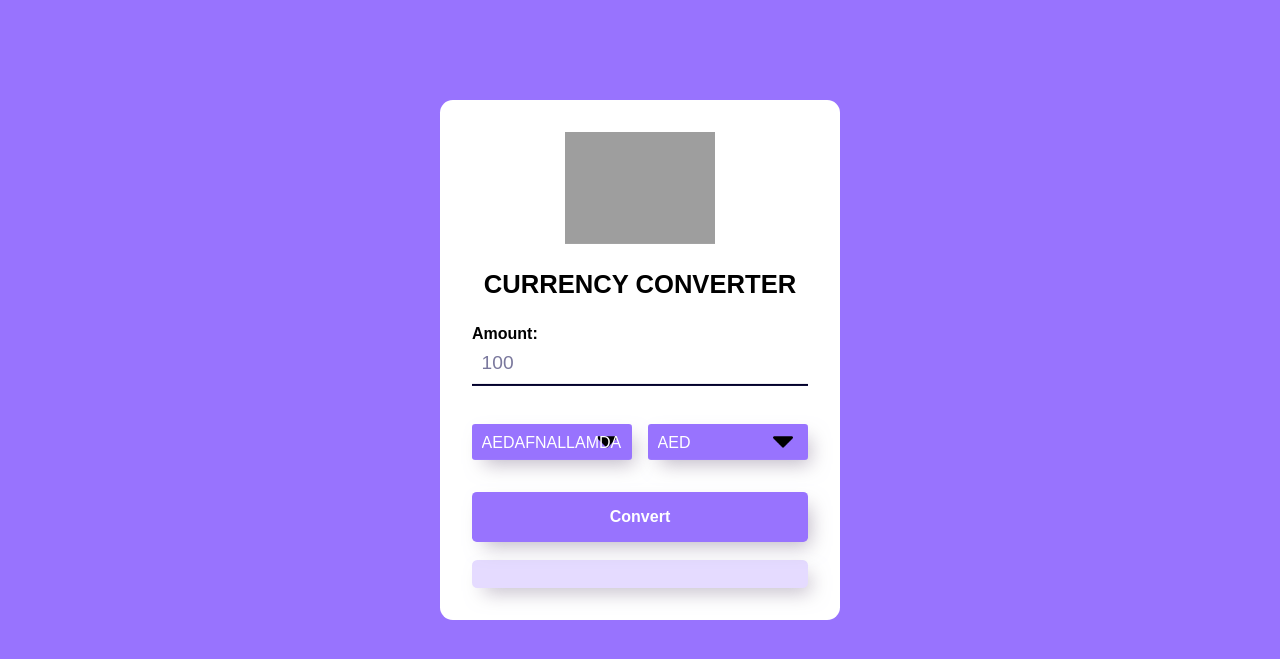
Repository: juansesu3/MoneyExchangeV4
Page: / (app in moneyConvertV4/)
These files come from the project's save history. The page is drawn as it stood at one moment and after the next save; the edit follows.
The browser window is 1280 px wide. The pictures show the whole page.
Pictures or frames that could not be fetched are drawn as grey boxes. The page's requests for data from a server got no answer. The project was rebuilt for these pictures with package versions that can differ from the ones it lists, and the page was loaded fresh each time. No one was signed in, and anything a server would have sent is missing. Also part of the build but not shown: moneyConvertV4/vite.config.js.

Above is the page before, as saved 2023-03-29 11:25:57.

After the next save:
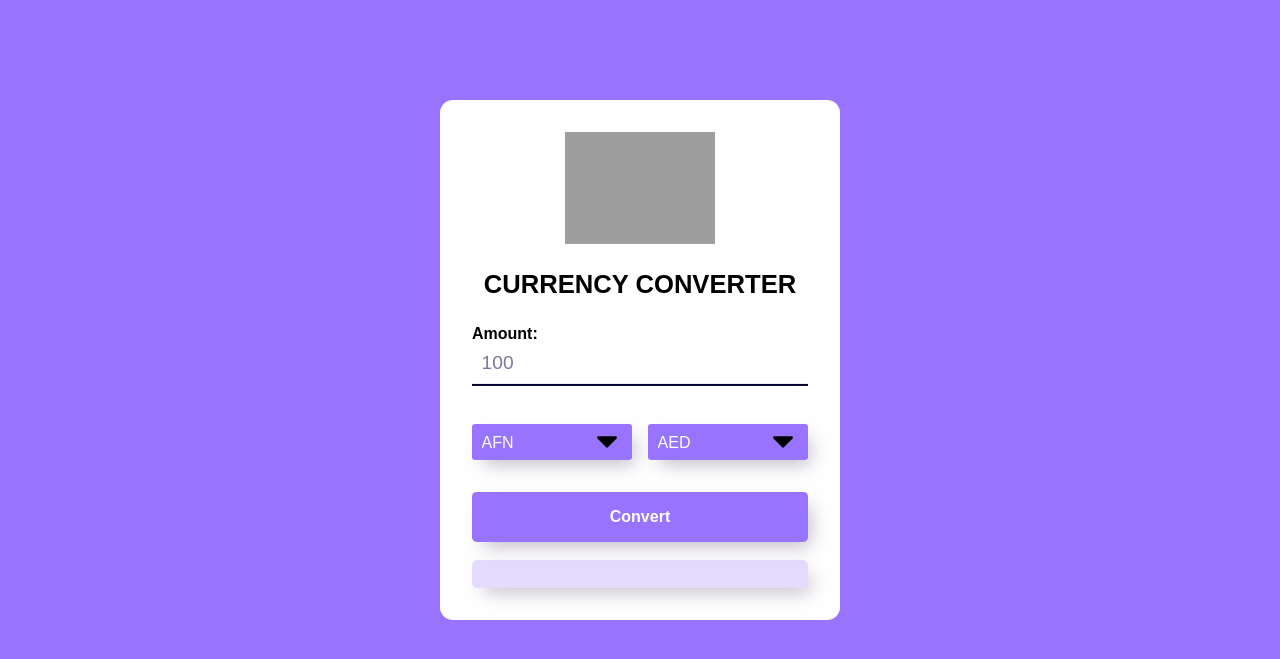
Saved 27 s later.
--- a/moneyConvertV4/src/App.jsx
+++ b/moneyConvertV4/src/App.jsx
@@ -227,7 +227,7 @@ function App() {
         <input type="number" id="amount" value={intValue}  onChange={e => setIntValue(e.target.value )} />
 
         <div className="dropdowns">
-          <select id="from-currency-select" >{currencies.map((currency) => { return (<option >{entryCurrency}</option>) })}</select>
+          <select id="from-currency-select" >{currencies.map((currency) => { return (<option >{entryCurrency[1]}</option>) })}</select>
           <select id="to-currency-select">{currencies.map((currency) => { return (<option>{currency}</option>) })}</select>
         </div>
         <button id="convert-button" onClick={() => { convertCurrency() }}>Convert</button>
